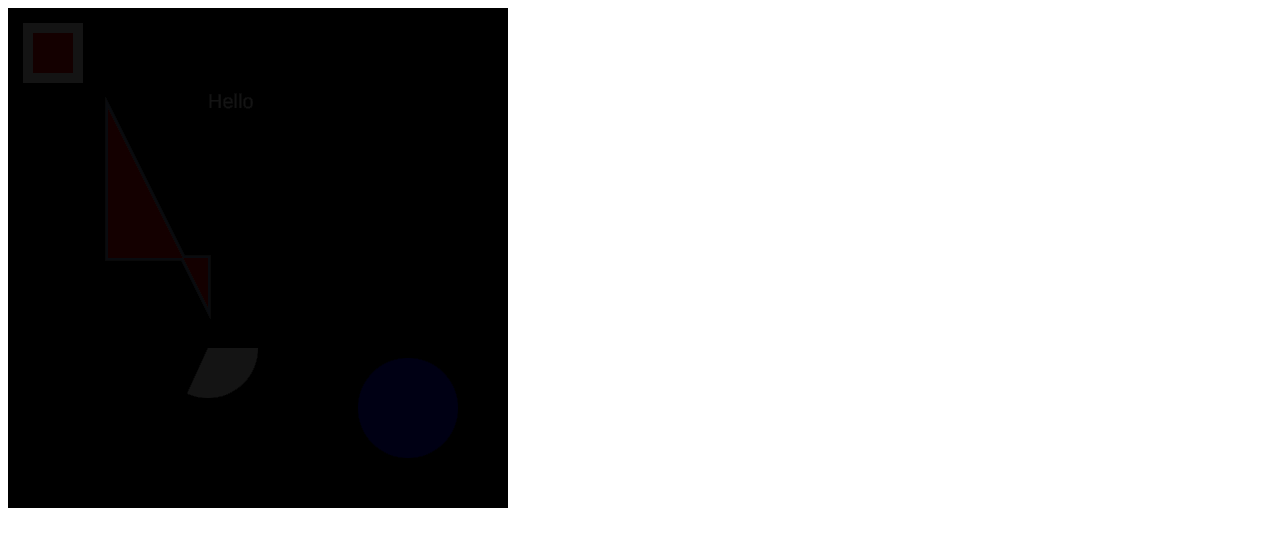
Repository: polymaze/rts-td
Page: canvas.html
The author's editor kept a record of every edit. The page is drawn from the files as they stood at one moment, then again after the next edit.
The browser window is 1280 px wide. The pictures show the whole page.

Above is the page before.
Console error: ReferenceError: posY is not defined

After the next edit:
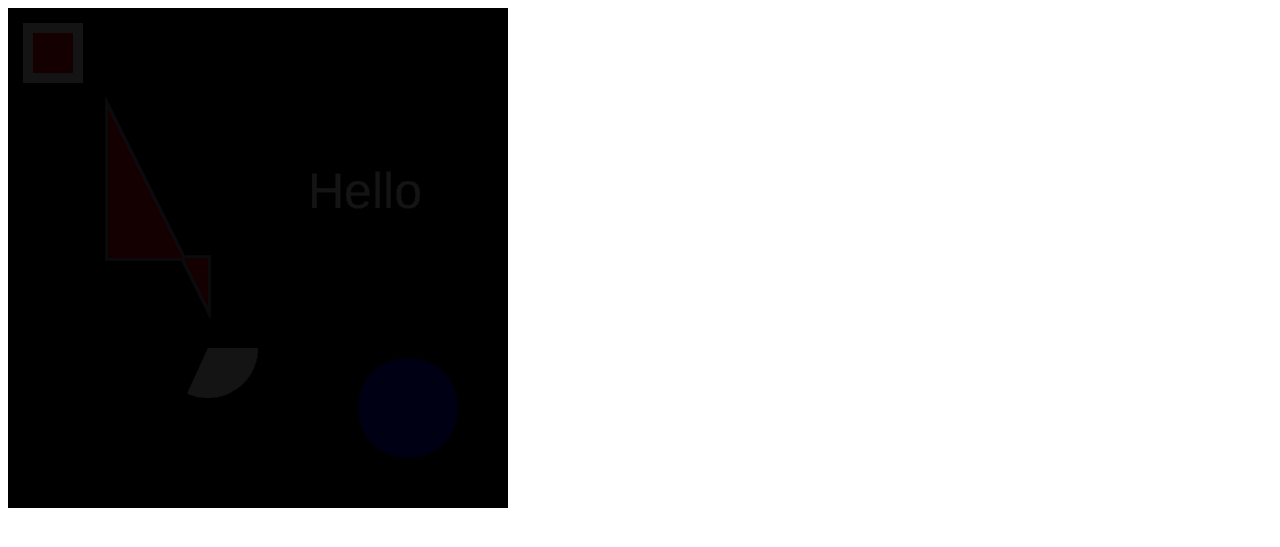
The edit:
--- a/canvas.html
+++ b/canvas.html
@@ -39,8 +39,8 @@
 
       // draw text
       c.fillStyle = "white";
-      c.font = "20px Helvetica";
-      c.fillText("Hello", 200, 100);
+      c.font = "50px Helvetica";
+      c.fillText("Hello", 300, 200);
 
       // draw an arc
       c.beginPath();
